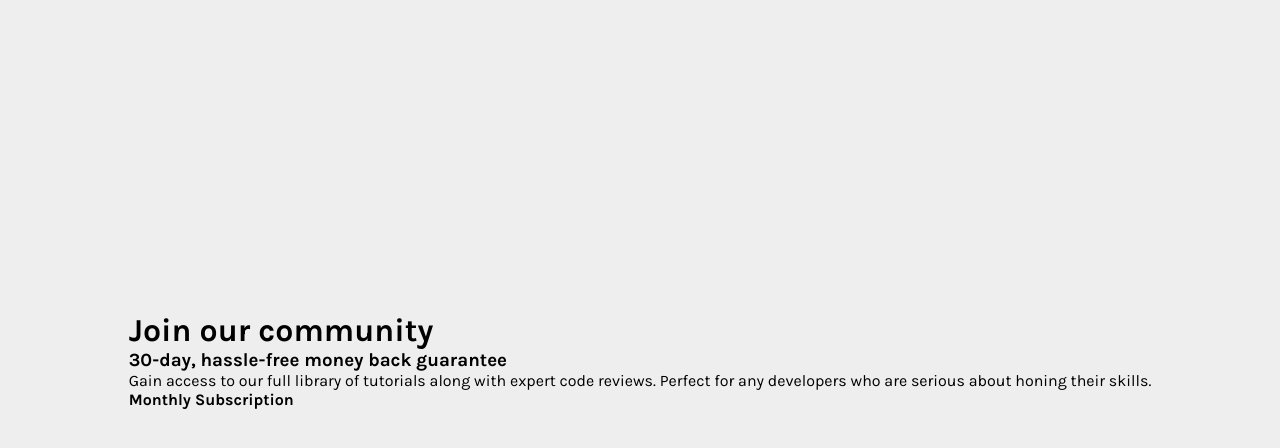
Repository: Akashiii1/WebSingleGrid_Day3
Page: index.html
These files come from the project's save history. The page is drawn as it stood at one moment and after the next save; the edit follows.
The browser window is 1280 px wide. The pictures show the whole page.

Above is the page before, as saved 2021-12-22 00:54:38.

After the next save:
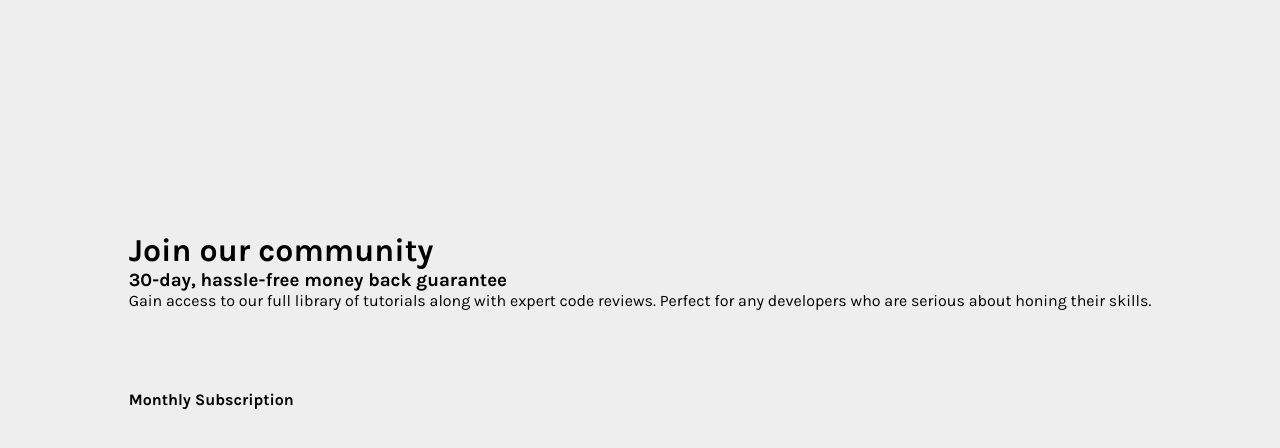
Saved 8 s later.
--- a/style.css
+++ b/style.css
@@ -44,3 +44,6 @@ body{
   min-height: 100vh;
   background-color: #eee;
 }
+.box{
+  padding: 40px;
+}
